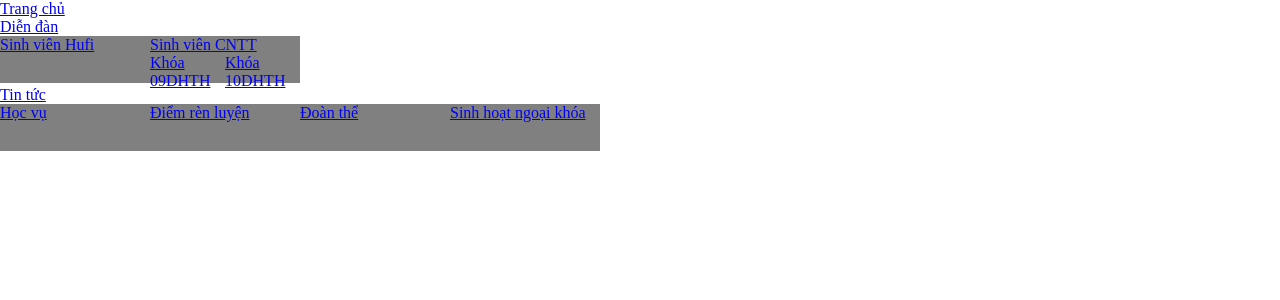
Repository: Tan-Khang21/TH_TKW--Buoi_08
Page: Bai_Tap_Tren_Lop/Bai_02_main/Bai_02_main.html
The author's editor kept a copy of each file at every save. The page is drawn from the files as they stood at one save, then again after the next save.
The browser window is 1280 px wide. The pictures show the whole page.

Above is the page before, as saved 2024-03-13 14:49:38.

After the next save:
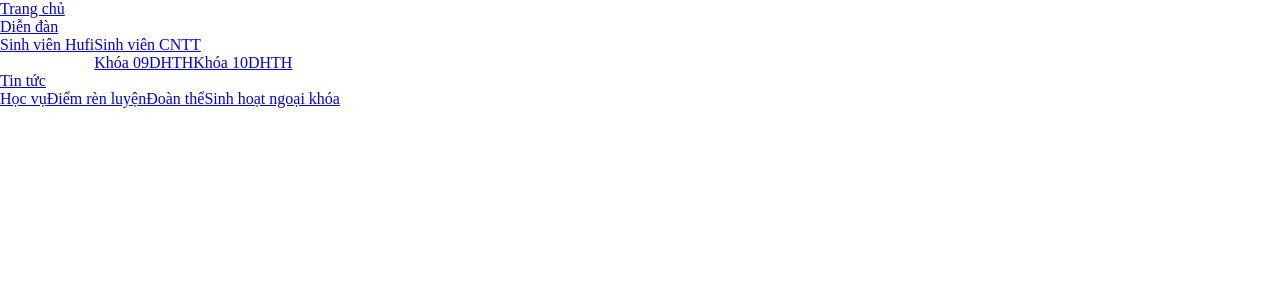
Saved 12 s later.
--- a/Bai_Tap_Tren_Lop/Bai_02_main/style.css
+++ b/Bai_Tap_Tren_Lop/Bai_02_main/style.css
@@ -18,7 +18,7 @@ ul {
   border-bottom: 3px solid #fff;
   transition: 0.5s linear; /* Sửa đổi đơn vị thời gian */
 }
-.list2_item,
+.list2_item + a,
 .list3_item + a {
   width: 150px;
   height: 50px;
